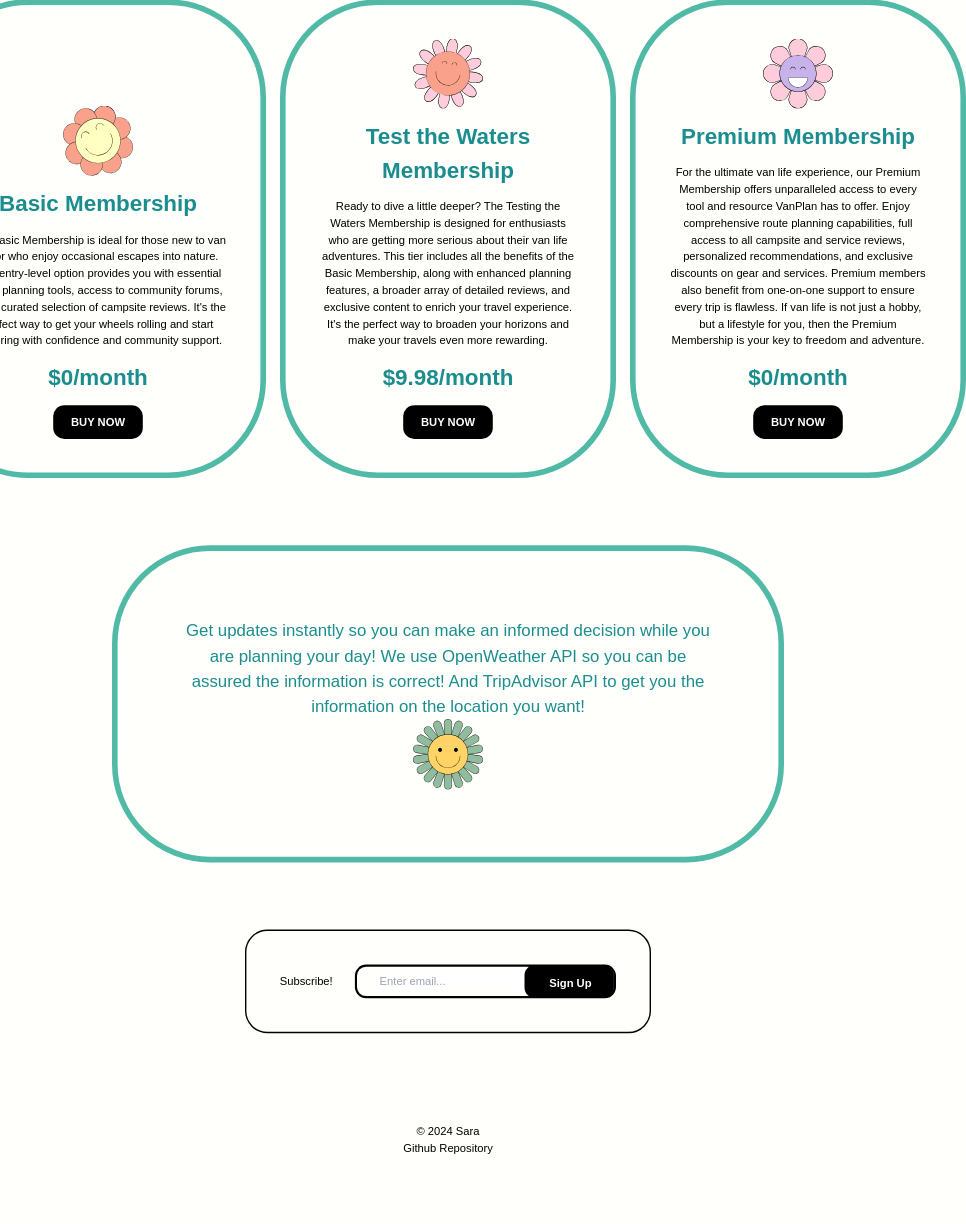
Repository: SaraShio/landing-page
Page: /
An editor plug-in stored every save of this project. The page is shown before and after the next save, followed by the edit.
The browser window is 1280 px wide. The page is 1380 px wide, so the pictures cover 1380 px, including what lies to the right of the window. The pictures show the part of the page from y = 860 to 2620 px (the page is 2608 px tall before and 2620 px after), at 70% of full size.
The project was rebuilt for these pictures with package versions that can differ from the ones it lists, and the page was loaded fresh each time. The framework's server and built-in components were replaced by stand-ins that run in the browser. Also part of the build but not shown: next.config.mjs.

Above is the page before, as saved 2024-03-08 22:29:47.

### src/pages/index.tsx
//import Spline from '@splinetool/react-spline';

import Image from "next/image";

import Header from "../../components/Header";
import Hero from "../../components/Hero";
import PriceCards from '../../components/PriceCards';
import SubBanner from "../../components/SubBanner";
import Subscribe from "../../components/Subscribe";
import Footer from "../../components/Footer";

export default function Home() {
  return (
    <main className={`flex min-h-screen flex-col items-center justify-between p-24`}>
      <Header />
      <Hero/>
      <PriceCards/>
      <SubBanner/>
      <Subscribe/>
      <Footer />
    </main>
  );
}

### src/styles/globals.css
@tailwind base;
@tailwind components;
@tailwind utilities;

@import url('https://fonts.googleapis.com/css2?family=Nunito:wght@400;600;700&display=swap');

:root {
 --black:#000000;
 --white: #FFFFFF;
 --light-gray: #fffffb;
 --gray: #B6B6B6;
 --teal: #26A8AB;
 --dark-teal: #1b8d8f;
 --mint: #51BAA7;
 --salmon: #DB7F73;
 --light-green: #DCDFCC;

 --card-padding: 3rem;
 --sub-banner-padding: 6rem;
}

body {
  font-family: 'Nunito', sans-serif;
  background-color: var(--light-gray);
}

### components/Header/index.tsx
import Image from "next/image";
import styles from "./Header.module.css";

export default function Header() {
  return (
    <>
      <div className={styles.header_container}>
        <div className={styles.logo_img}>
          <Image
            src="/images/green_logo.svg"
            alt="VanPlan Logo"
            width={400}
            height={400}
          />
        </div>

        <div className={styles.input_container}>
        <form>
            <input type="text" placeholder="Enter email...">

            </input>
        </form>
        <button className={styles.signup_button}>SIGN UP</button>
        </div>
      </div>
    </>
  );
}

### components/Hero/index.tsx
import { style } from "@mui/system";
import Image from "next/image";
import styles from "./Hero.module.css";

export default function Hero() {
  return (
    <>
      <div className={styles.hero_container}>
        <Image src="/images/test1.jpeg" alt="Test" width={600} height={600} />

        <div className={styles.info_container}>
          <h1 className={styles.title}>Welcome!</h1>
          <h1 className={styles.subtitle}>Plan your day in<br></br>Vancouver</h1>

          <button className={styles.download_button}>FREE DOWNLOAD</button>
        </div>
      </div>
    </>
  );
}

### components/PriceCards/index.tsx
import styles from './PriceCards.module.css';

import CardOne from "../CardOne";
import CardTwo from "../CardTwo";
import CardThree from "../CardThree";

export default function PriceCards() {
  return (
    <>
      <div className={styles.price_card_container}>
        <CardOne />
        <CardTwo />
        <CardThree />
      </div>
    </>
  );
}

### components/SubBanner/index.tsx
import Image from "next/image";
import styles from "./SubBanner.module.css";


export default function SubBanner() {
  return (
    <main className={styles.sub_banner_container}>

    <h1>Get updates instantly so you can make an informed decision while you are planning your day! We use OpenWeather API so you can be assured the information is correct! And TripAdvisor API to get you the information on the location you want!</h1>

    <Image src="/images/test5.svg" alt="Test" width={100} height={100} />


    </main>
  );
}

### components/Subscribe/index.tsx
import Image from "next/image";
import styles from "./Subscribe.module.css";

export default function Subscribe() {
  return (
    <main className={styles.subscribe_container}>
      <h1>Subscribe!</h1>

      <form className={styles.input_container}>
        <input type="text" placeholder="Enter email..."></input>
        <button className={styles.signup_button}>Sign Up</button>
      </form>

    </main>
  );
}

### components/Footer/index.tsx
import Image from 'next/image';
import styles from './Footer.module.css';

export default function Footer(){
    return (
        <>
            <footer className={styles.footer_container}>
                <p>&copy; {new Date().getFullYear()} Sara</p>
                <a href="https://github.com/Haydenleung/MDIA-3109-Final-Project.git" target="_blank" rel="noopener noreferrer">Github Repository</a>
            </footer>
        </>
    )
}

### components/Header/Header.module.css
.header_container{
    display: flex;
    justify-content: space-between;
    align-items: center;
    width: 100vw;
    padding-right: 4rem;
    padding-left: 4rem;
  }

  .signup_button{
    border: none;
    border-radius: 1rem;
    padding: 12px;
    width: 8rem;
    height: 3rem;
    background-color: var(--black);
    color: var(--white);
    font-weight: 800;
    cursor: pointer;
  }

  .input_container{
    display: flex;
    align-items: center;
    border: 3px solid var(--black);
    border-radius: 1rem;
    height: 3rem;
    padding-left: 2rem;
  }

  .input_container input {
    background: none;
    padding: 10px;
    outline: none;
}

### components/Hero/Hero.module.css
.hero_container {
    color: var(--salmon);
    padding: 120px;
    text-align: left;
    display: flex;
    flex-direction: row;
    align-items: center;
    justify-content: center;
    margin-top: 2rem;
    margin-bottom: 6rem;
}

.info_container{
padding-left: 1rem;
}

.title {
    font-size: 4rem;
    font-weight: bold;
    color: var(--dark-teal);
}

.subtitle {
    font-size: 2rem;
    padding-bottom: 2rem;
}

.download_button {
    border: none;
    border-radius: 1rem;
    padding: 12px;
    width: 16rem;
    height: 3rem;
    background-color: var(--black);
    color: var(--white);
    font-weight: 800;
    cursor: pointer;
    position: absolute;

  }

  .download_button:hover {
    background-color: var(--white);
    color: var(--dark-teal);
    border: 2px solid var(--dark-teal);
    width: 18rem;
    height: 3rem;
  }

### components/PriceCards/PriceCards.module.css
.price_card_container {
    display: flex;
    flex-direction: row;
    align-items: stretch;
    justify-content: space-around;
    gap: 20px;
  }

### components/CardOne/index.tsx
import Image from "next/image";
import styles from "./CardOne.module.css";

export default function CardOne() {
  return (
    <>
      <div className={styles.card_one_container}>
        <Image src="/images/test2.svg" alt="Test" width={100} height={100} />
        <h1>Basic Membership</h1>
        <p>
          Our Basic Membership is ideal for those new to van life or who enjoy
          occasional escapes into nature. This entry-level option provides you
          with essential route planning tools, access to community forums, and a
          curated selection of campsite reviews. It's the perfect way to get
          your wheels rolling and start exploring with confidence and community
          support.
        </p>

        <h1>$0/month</h1>

        <button className={styles.buy_button}>BUY NOW</button>
      </div>
    </>
  );
}

### components/CardTwo/index.tsx
import Image from "next/image";
import styles from "./CardTwo.module.css";

export default function CardTwo() {
  return (
    <>
      <div className={styles.card_two_container}>
      <Image src="/images/test3.svg" alt="Test" width={100} height={100} />
      <h1>Test the Waters Membership</h1>
      <p>Ready to dive a little deeper? The Testing the Waters Membership is designed for enthusiasts who are getting more serious about their van life adventures. This tier includes all the benefits of the Basic Membership, along with enhanced planning features, a broader array of detailed reviews, and exclusive content to enrich your travel experience. It's the perfect way to broaden your horizons and make your travels even more rewarding.</p>

      <h1>$9.98/month</h1>

      <button className={styles.buy_button}>BUY NOW</button>
      </div>
    </>
  );
}

### components/CardThree/index.tsx
import Image from "next/image";
import styles from "./CardThree.module.css";

export default function CardThree() {
  return (
    <>
      <div className={styles.card_three_container}>
        <Image src="/images/test4.svg" alt="Test" width={100} height={100} />
        <h1>Premium Membership</h1>
        <p>
          For the ultimate van life experience, our Premium Membership offers
          unparalleled access to every tool and resource VanPlan has to offer.
          Enjoy comprehensive route planning capabilities, full access to all
          campsite and service reviews, personalized recommendations, and
          exclusive discounts on gear and services. Premium members also benefit
          from one-on-one support to ensure every trip is flawless. If van life
          is not just a hobby, but a lifestyle for you, then the Premium
          Membership is your key to freedom and adventure.
        </p>

        <h1>$0/month</h1>

        <button className={styles.buy_button}>BUY NOW</button>
      </div>
    </>
  );
}

### components/SubBanner/SubBanner.module.css
.sub_banner_container{
    border: 8px solid var(--mint);
    border-radius: 140px;
    background-color: var(--light-gray);
    padding: var(--sub-banner-padding);
    width: 60rem;
    display: flex;
    flex-direction: column;
    justify-content: center;
    align-items: center;
    text-align: center;
    font-size: 1.5rem;
    color: var(--dark-teal);
    margin-top: 6rem;
    margin-bottom: 6rem;
}

### components/Subscribe/Subscribe.module.css
.subscribe_container{
    display: flex;
    flex-direction: row;
    align-items: center;
    border: 2px solid var(--black);
    border-radius: 2rem;
    padding: var(--card-padding);
}

.signup_button{
    border: 3px solid var(--black);
    border-right: none;
    border-radius: 1rem;
    padding: 12px;
    width: 8rem;
    height: 3rem;
    background-color: var(--black);
    color: var(--white);
    font-weight: 600;
  }

  .input_container{
    display: flex;
    align-items: center;
    border: 3px solid var(--black);
    border-radius: 1rem;
    height: 3rem;
    padding-left: 2rem;
    margin-left: 2rem;
  }

### components/Footer/Footer.module.css
.footer_container {
    display: flex;
    flex-direction: column;
    justify-content: center;
    align-items: center;
    width: 100vw;
    padding-top: 8rem;
}

### components/CardOne/CardOne.module.css
.card_one_container {
    border: 8px solid var(--mint);
    border-radius: 140px;
    padding: var(--card-padding);
    background-color: var(--light-gray);
    width: 30rem;
    display: flex;
    flex-direction: column;
    justify-content: end;
    align-items: center;
    text-align: center;
  }

  .card_one_container > h1 {
    font-size: 2rem;
    color: var(--dark-teal);
    font-weight: bold;
    margin-top: 1rem;
    margin-bottom: 1rem;
    text-align: center;
  }

  .buy_button {
    border: none;
    border-radius: 1rem;
    padding: 12px;
    width: 8rem;
    height: 3rem;
    background-color: var(--black);
    color: var(--white);
    font-weight: 800;
    cursor: pointer;
  }

  .buy_button:hover {
    background-color: var(--white);
    color: var(--dark-teal);
    border: 2px solid var(--dark-teal);
    width: 10rem;
    height: 3rem;
  }

### components/CardTwo/CardTwo.module.css
.card_two_container {
  border: 8px solid var(--mint);
  border-radius: 140px;
  padding: var(--card-padding);
  background-color: var(--light-gray);
  width: 30rem;
  display: flex;
  flex-direction: column;
  justify-content: center;
  align-items: center;
  text-align: center;
}

.card_two_container > h1 {
  font-size: 2rem;
  color: var(--dark-teal);
  font-weight: bold;
  margin-top: 1rem;
  margin-bottom: 1rem;
  text-align: center;
}

.buy_button {
  border: none;
  border-radius: 1rem;
  padding: 12px;
  width: 8rem;
  height: 3rem;
  background-color: var(--black);
  color: var(--white);
  font-weight: 800;
  cursor: pointer;
}

.buy_button:hover {
  background-color: var(--white);
  color: var(--dark-teal);
  border: 2px solid var(--dark-teal);
  width: 10rem;
  height: 3rem;
}

### components/CardThree/CardThree.module.css
.card_three_container {
  border: 8px solid var(--mint);
  border-radius: 140px;
  background-color: var(--light-gray);
  padding: var(--card-padding);
  width: 30rem;
  display: flex;
  flex-direction: column;
  justify-content: center;
  align-items: center;
  text-align: center;
}

.card_three_container > h1 {
  font-size: 2rem;
  color: var(--dark-teal);
  font-weight: bold;
  margin-top: 1rem;
  margin-bottom: 1rem;
  text-align: center;
}

.buy_button {
  border: none;
  border-radius: 1rem;
  padding: 12px;
  width: 8rem;
  height: 3rem;
  background-color: var(--black);
  color: var(--white);
  font-weight: 800;
  cursor: pointer;
}

.buy_button:hover {
  background-color: var(--white);
  color: var(--dark-teal);
  border: 2px solid var(--dark-teal);
  width: 10rem;
  height: 3rem;
}

Loaded but not shown: src/pages/_app.tsx (common file); src/pages/_document.tsx (common file); tailwind.config.ts (common file)

After the next save:
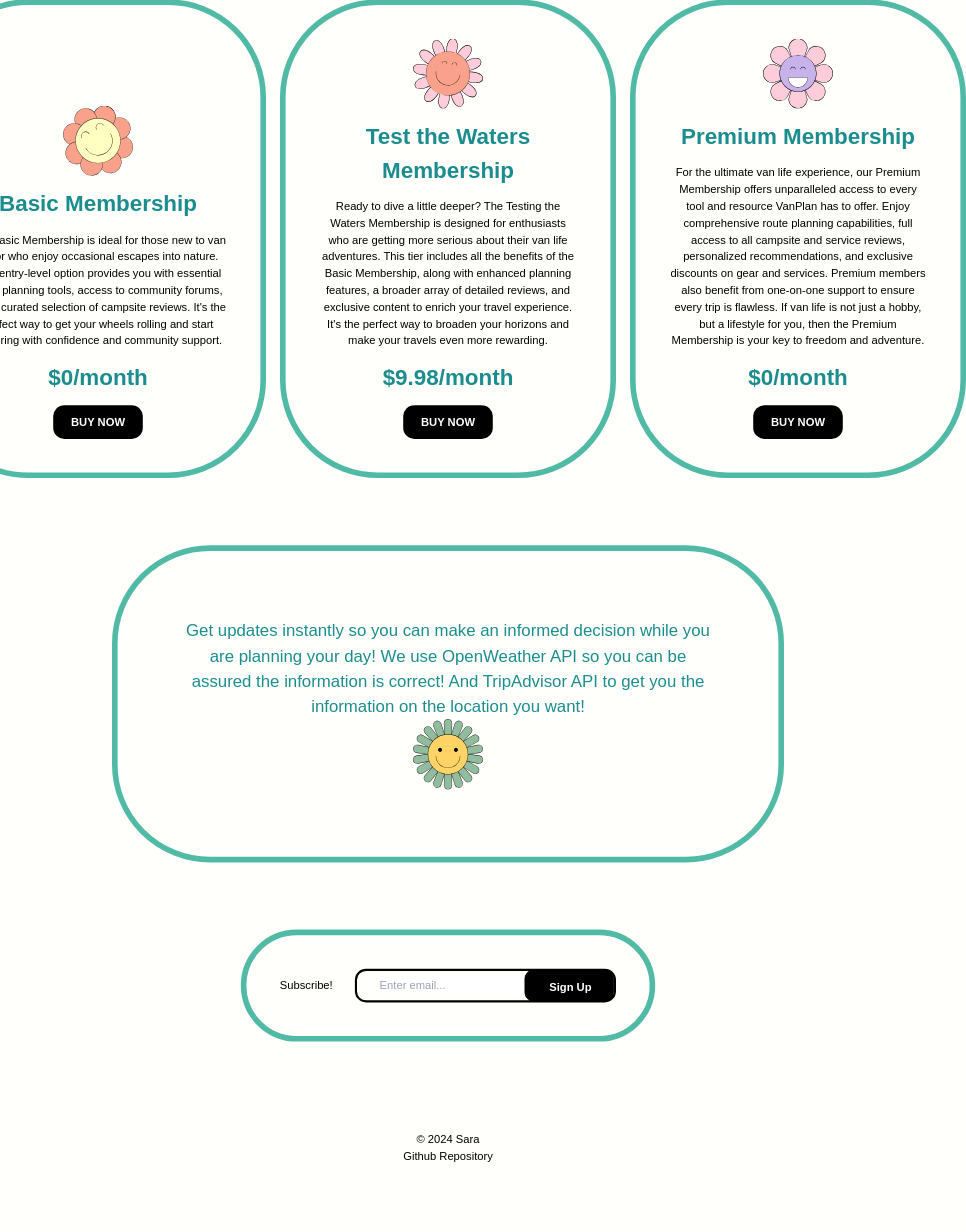
Saved 73 s later.
--- a/components/Subscribe/Subscribe.module.css
+++ b/components/Subscribe/Subscribe.module.css
@@ -2,8 +2,8 @@
     display: flex;
     flex-direction: row;
     align-items: center;
-    border: 2px solid var(--black);
-    border-radius: 2rem;
+    border: 8px solid var(--mint);
+    border-radius: 140px;
     padding: var(--card-padding);
 }
 
